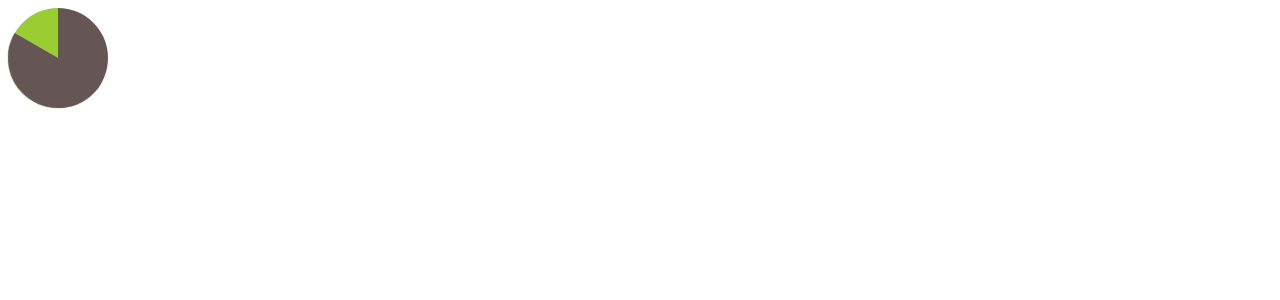
Repository: sylviaah/dynamicmidterm
Page: timer.html
These files come from the project's save history. The page is drawn as it stood at one moment and after the next save; the edit follows.
The browser window is 1280 px wide. The pictures show the whole page.

Above is the page before, as saved 2020-03-12 21:46:54.

### timer.html
<!DOCTYPE html>
<html>
    <head>
        <title>Timer</title>
        <link rel="stylesheet" href="timer.css">
    </head>
    <body>
        <div class="pie"></div>

        <script src="timer.js"></script>
    </body>
</html>

### timer.css
.pie {
    width: 100px;
    height: 100px;
    border-radius: 50%;
    background: yellowgreen;
    background-image:
    linear-gradient(to right, transparent 50%, #655 0);
  }

.pie::before {
    content: '';
    display: block;
    margin-left: 50%;
    height: 100%;
    border-radius: 0 99% 99% 0 / 50%;
    background-color: inherit;
    transform-origin: left;
    transform: rotate(0deg);
    animation: spin 3s linear infinite,
             bg 6s step-end infinite;
}

@keyframes spin {
    to { transform: rotate(.5turn); }
  }

@keyframes bg {
    50% { background: #655; }
}
/* .pie::before {
    content: ’;
    display: none;
    margin-left: 50%;
    height: 100%;
    border-radius: 0 100% 100% 0 / 50%;
    background: #655;
    transform-origin: left;
    transform: rotate(.1turn);
  } */

Loaded but not shown: timer.js (no stored copy; drawn as an empty file)

After the next save:
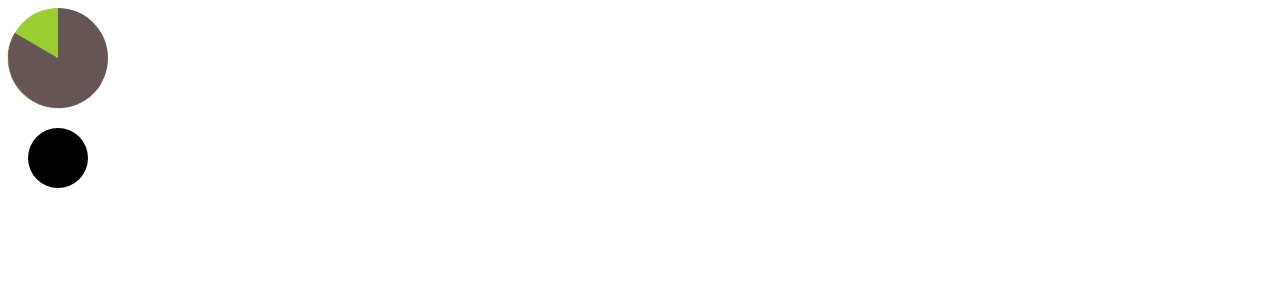
Saved 14 min 1 s later.
--- a/timer.html
+++ b/timer.html
@@ -7,6 +7,10 @@
     <body>
         <div class="pie"></div>
 
+        <svg width="100" height="100">
+            <circle r="30" cx="50" cy="50" />
+        </svg>
+
         <script src="timer.js"></script>
     </body>
 </html>
